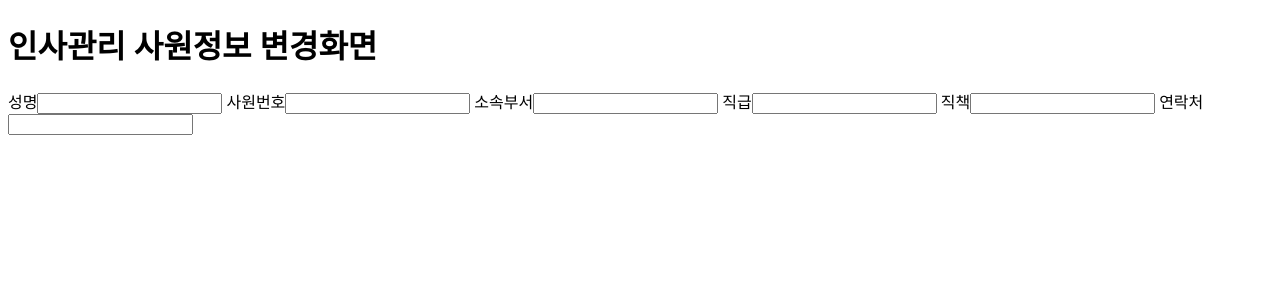
Repository: alsdud0301/jsp_study
Page: http://localhost/practice1/update.jsp
These files come from the project's save history. The page is drawn as it stood at one moment and after the next save; the edit follows.
The browser window is 1280 px wide. The pictures show the whole page.
The page is served by Tomcat 9.

Above is the page before, as saved 2025-05-21 10:34:45.

After the next save:
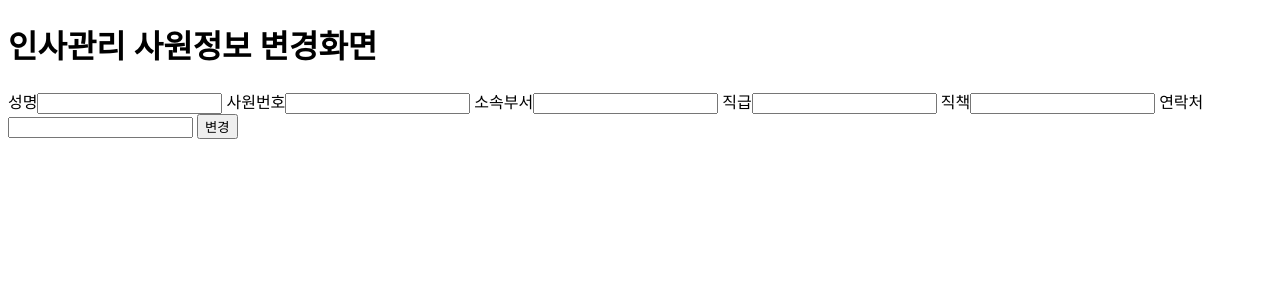
Saved 19 s later.
--- a/practice1/src/main/webapp/update.jsp
+++ b/practice1/src/main/webapp/update.jsp
@@ -14,5 +14,6 @@
 	직급<input type="text" name="position">
 	직책<input type="text" name="duty">
 	연락처<input type="text" name="phone">
+	<input type="submit" value="변경">
 </body>
 </html>
